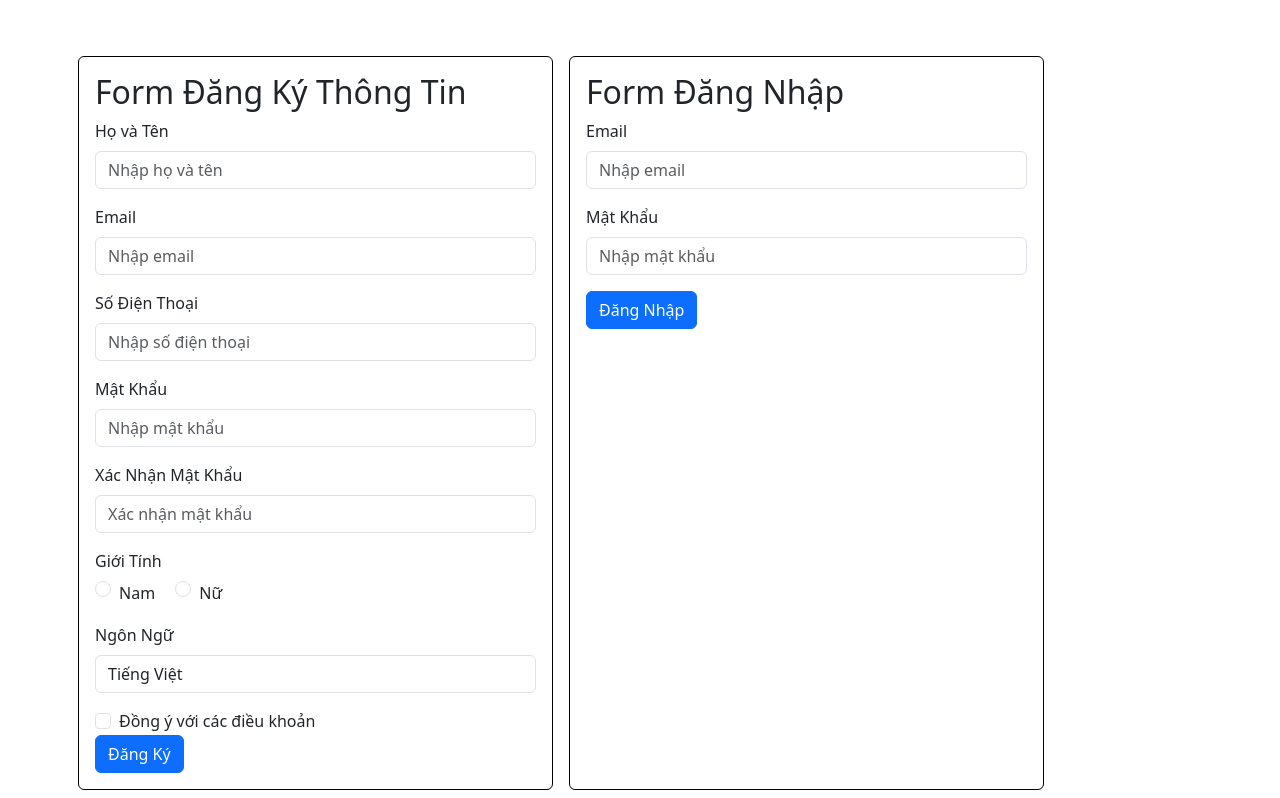
Repository: KizukoHeiwa/SOF308
Page: Lab2/bai2.html
An editor plug-in stored every save of this project. The page is shown before and after the next save, followed by the edit.
The browser window is 1280 px wide. The pictures show the whole page.

Above is the page before, as saved 2024-11-07 10:16:24.

### Lab2/bai2.html
<!DOCTYPE html>
<html lang="vi">

<head>
    <meta charset="UTF-8">
    <meta name="viewport" content="width=device-width, initial-scale=1.0">
    <title>FPT Polytechnic</title>
    <link href="https://maxcdn.bootstrapcdn.com/bootstrap/4.5.2/css/bootstrap.min.css" rel="stylesheet">
</head>
<link href="https://cdn.jsdelivr.net/npm/bootstrap@5.3.3/dist/css/bootstrap.min.css" rel="stylesheet">
<link rel="stylesheet" href="https://cdnjs.cloudflare.com/ajax/libs/font-awesome/6.0.0-beta3/css/all.min.css">
<script src="https://cdn.jsdelivr.net/npm/bootstrap@5.3.3/dist/js/bootstrap.bundle.min.js"></script>

<body>
    <div class="container mt-5">
        <div class="row">
            <!-- Đăng ký -->
            <div class="col-md-5 border border-black rounded p-3 m-2">
                <h2>Form Đăng Ký Thông Tin</h2>
                <form>
                    <div class="form-group">
                        <label for="fullName">Họ và Tên</label>
                        <input type="text" class="form-control" id="fullName" placeholder="Nhập họ và tên">
                    </div>
                    <div class="form-group">
                        <label for="email">Email</label>
                        <input type="email" class="form-control" id="email" placeholder="Nhập email">
                    </div>
                    <div class="form-group">
                        <label for="phoneNumber">Số Điện Thoại</label>
                        <input type="text" class="form-control" id="phoneNumber" placeholder="Nhập số điện thoại">
                    </div>
                    <div class="form-group">
                        <label for="password">Mật Khẩu</label>
                        <input type="password" class="form-control" id="password" placeholder="Nhập mật khẩu">
                    </div>
                    <div class="form-group">
                        <label for="confirmPassword">Xác Nhận Mật Khẩu</label>
                        <input type="password" class="form-control" id="confirmPassword"
                            placeholder="Xác nhận mật khẩu">
                    </div>
                    <div class="form-group">
                        <label>Giới Tính</label><br>
                        <div class="form-check form-check-inline">
                            <input class="form-check-input" type="radio" name="gender" id="genderMale" value="male">
                            <label class="form-check-label" for="genderMale">Nam</label>
                        </div>
                        <div class="form-check form-check-inline">
                            <input class="form-check-input" type="radio" name="gender" id="genderFemale" value="female">
                            <label class="form-check-label" for="genderFemale">Nữ</label>
                        </div>
                    </div>
                    <div class="form-group">
                        <label for="language">Ngôn Ngữ</label>
                        <select class="form-control" id="language">
                            <option>Tiếng Việt</option>
                            <option>English</option>
                        </select>
                    </div>
                    <div class="form-group form-check">
                        <input type="checkbox" class="form-check-input" id="agreeTerms">
                        <label class="form-check-label" for="agreeTerms">Đồng ý với các điều khoản</label>
                    </div>
                    <button type="submit" class="btn btn-primary">Đăng Ký</button>
                </form>
            </div>

            <!-- Đăng nhập -->
            <div class="col-md-5 border border-black rounded p-3 m-2">
                <h2>Form Đăng Nhập</h2>
                <form>
                    <div class="form-group">
                        <label for="loginEmail">Email</label>
                        <input type="email" class="form-control" id="loginEmail" placeholder="Nhập email">
                    </div>
                    <div class="form-group">
                        <label for="loginPassword">Mật Khẩu</label>
                        <input type="password" class="form-control" id="loginPassword" placeholder="Nhập mật khẩu">
                    </div>
                    <button type="submit" class="btn btn-primary">Đăng Nhập</button>
                </form>
            </div>
        </div>
    </div>


</body>

</html>

After the next save:
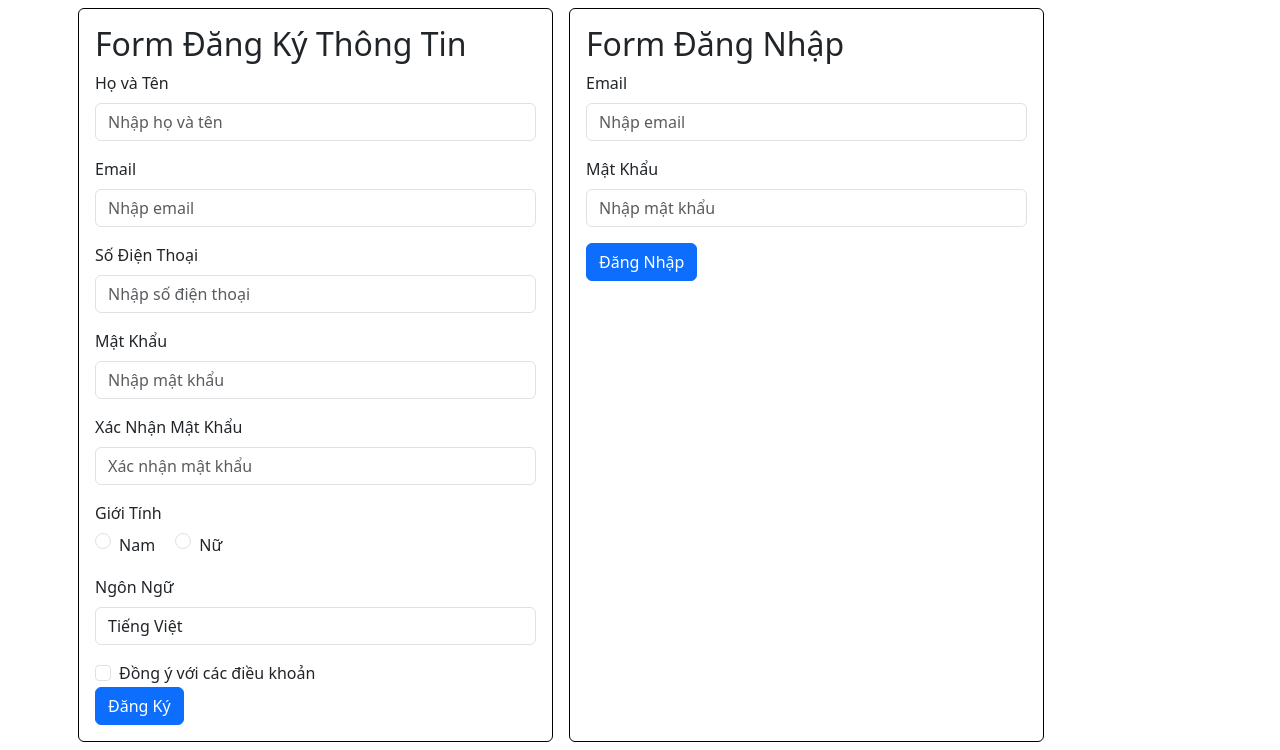
Saved 7 s later.
--- a/Lab2/bai2.html
+++ b/Lab2/bai2.html
@@ -12,7 +12,7 @@
 <script src="https://cdn.jsdelivr.net/npm/bootstrap@5.3.3/dist/js/bootstrap.bundle.min.js"></script>
 
 <body>
-    <div class="container mt-5">
+    <div class="container">
         <div class="row">
             <!-- Đăng ký -->
             <div class="col-md-5 border border-black rounded p-3 m-2">

After the save that followed:
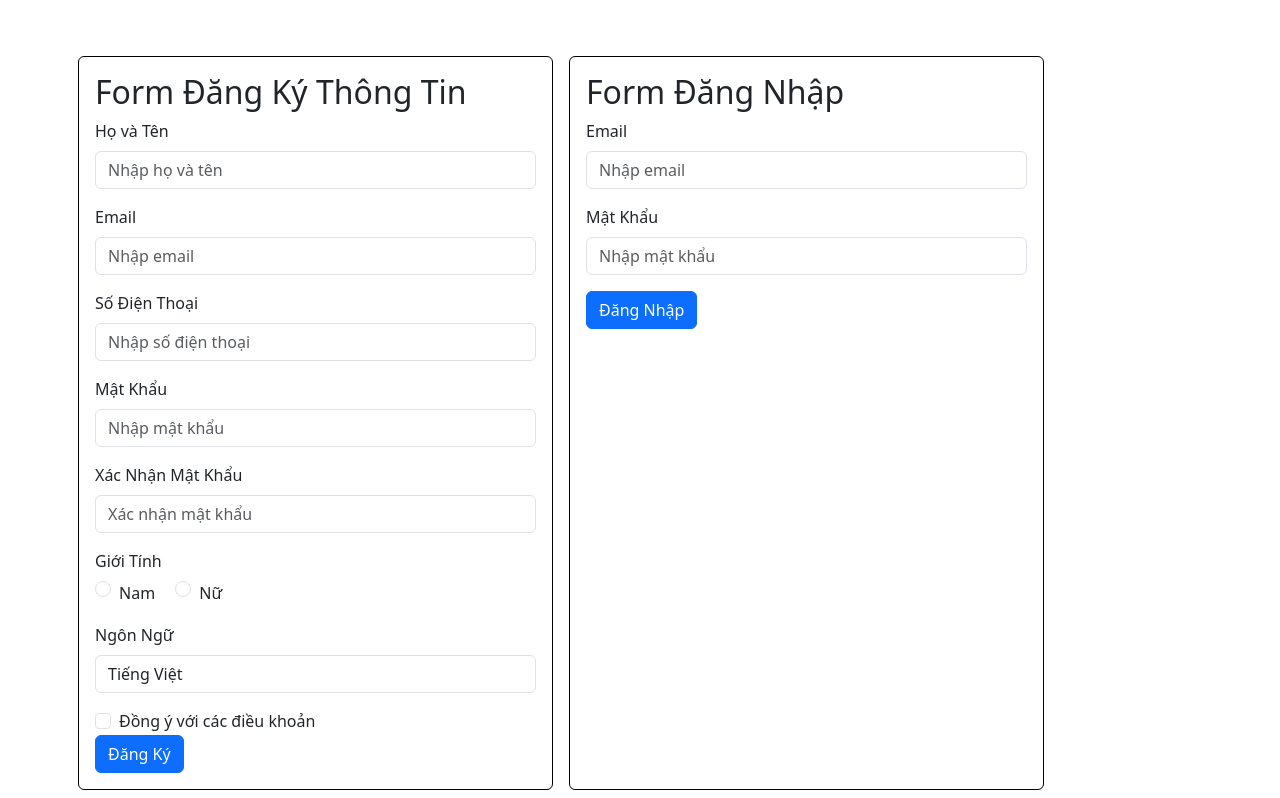
Saved 4 s later.
--- a/Lab2/bai2.html
+++ b/Lab2/bai2.html
@@ -12,7 +12,7 @@
 <script src="https://cdn.jsdelivr.net/npm/bootstrap@5.3.3/dist/js/bootstrap.bundle.min.js"></script>
 
 <body>
-    <div class="container">
+    <div class="container mt-5">
         <div class="row">
             <!-- Đăng ký -->
             <div class="col-md-5 border border-black rounded p-3 m-2">
